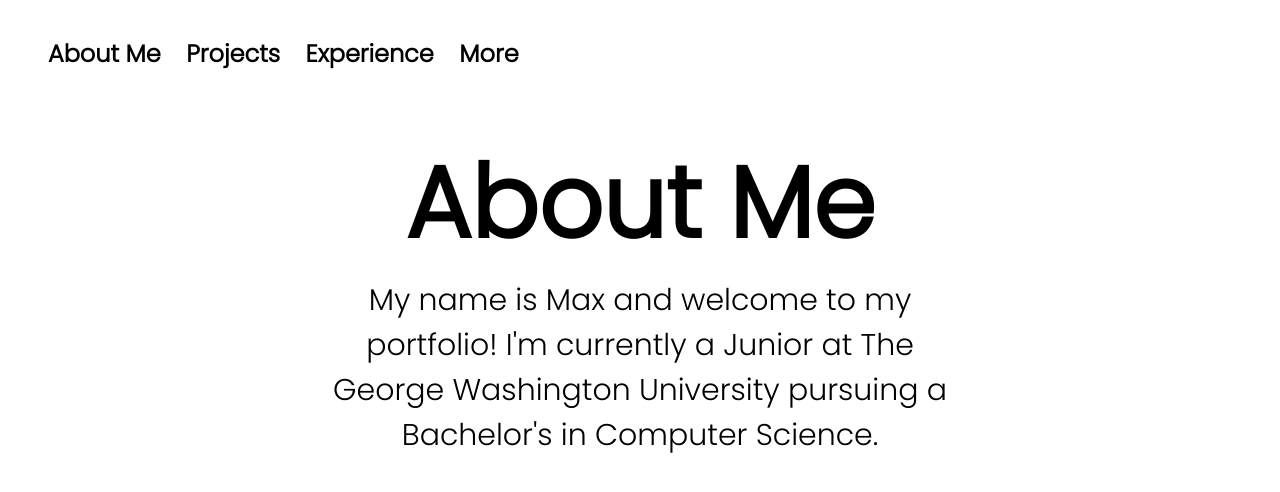
Repository: notMaximilian/maximilianaquino.github.io
Page: about.html
These files come from the project's save history. The page is drawn as it stood at one moment and after a run of saves; the edit follows.
The browser window is 1280 px wide. The pictures show the whole page.

Above is the page before, as saved 2022-02-10 09:51:19.

After the next 2 saves:
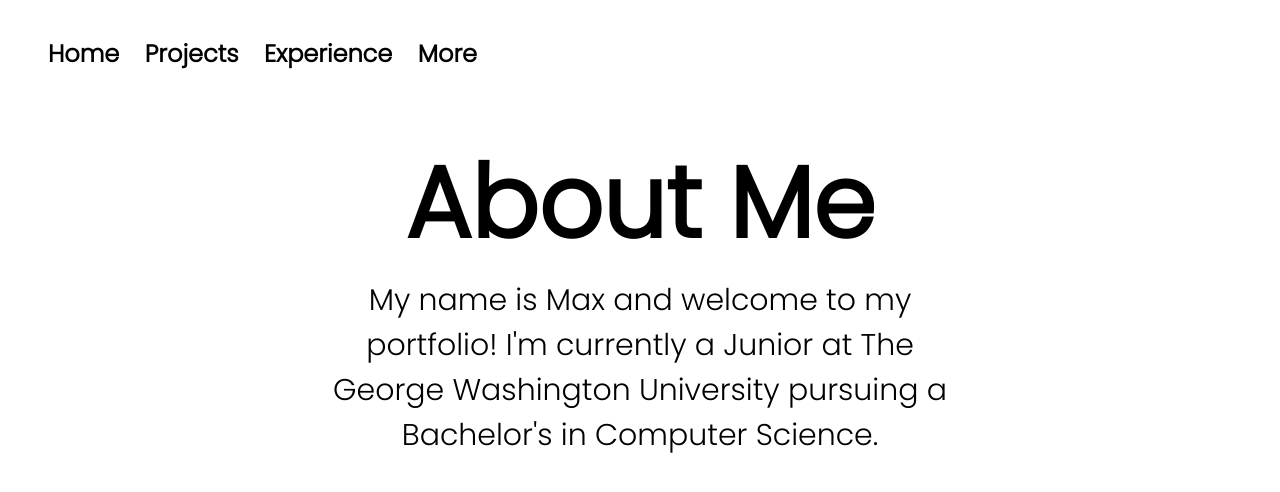
The 2 saves are shown as one change because they came seconds apart.
The last was saved 8 min 2 s later.
--- a/about.html
+++ b/about.html
@@ -16,7 +16,7 @@
 
       <div class="mainNav">
         <ul class = "navmenu">
-          <li class = "navmenuItems"><h2 id="about">About Me</h2></li>
+          <li class = "navmenuItems"><h2 id="about">Home</h2></li>
           <li class = "navmenuItems"><h2 id="projects">Projects</h2></li>
           <li class = "navmenuItems"><h2 id="experience">Experience</h2></li>
           <li class = "navmenuItems"><h2 id="more">More</h2></li>
